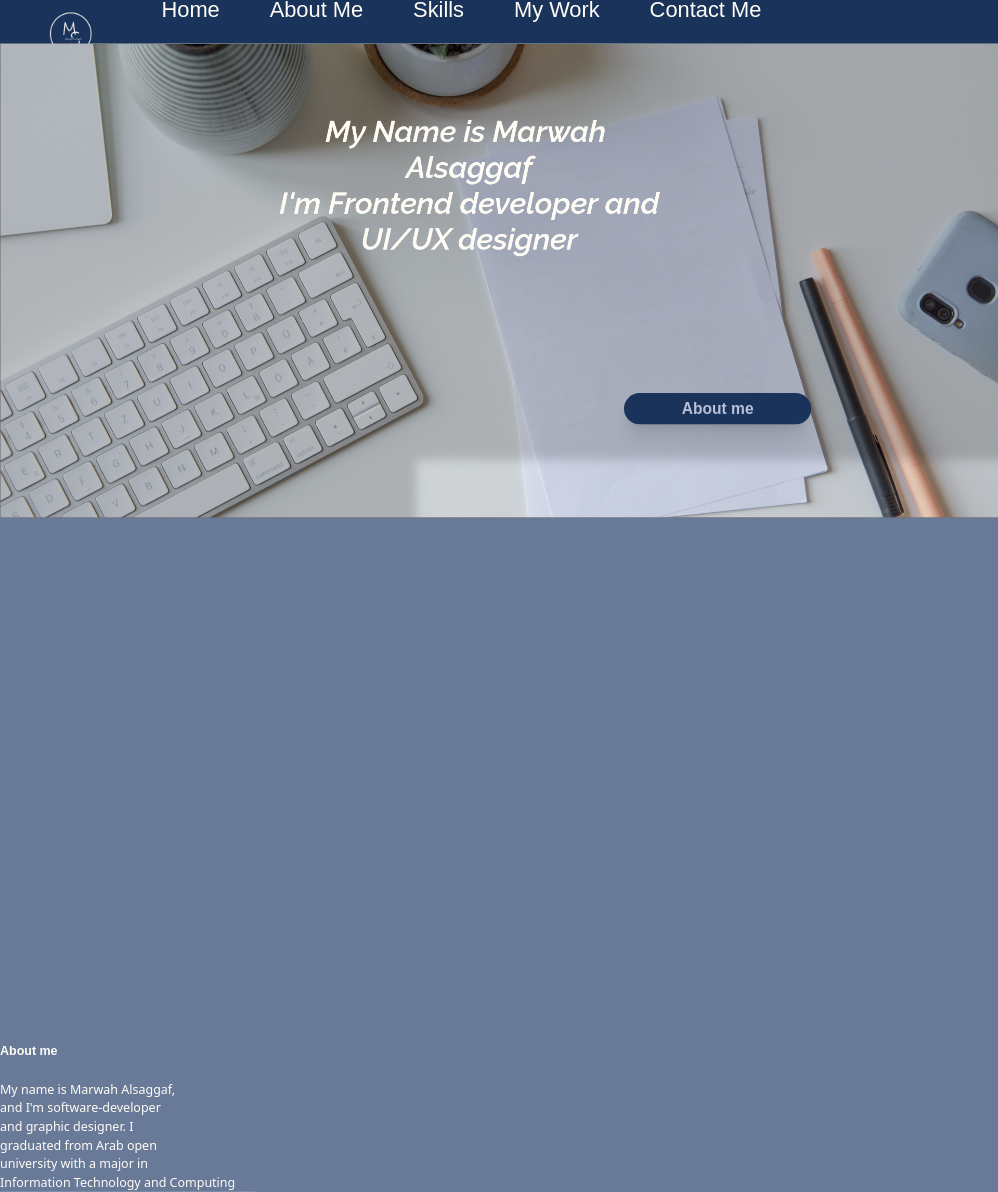
Repository: MEROO1010/my_portfolio
Page: /
An editor plug-in stored every save of this project. The page is shown before and after the next save, followed by the edit.
The browser window is 1280 px wide. The pictures show the whole page, at 78% of full size.
The project was rebuilt for these pictures with package versions that can differ from the ones it lists, and the page was loaded fresh each time. The framework's server and built-in components were replaced by stand-ins that run in the browser. Also part of the build but not shown: next.config.js.

Above is the page before, as saved 2023-03-10 02:18:11.

### pages/_app.tsx
import '../styles/globals.css'
import type { AppProps } from 'next/app'
import 'tailwindcss/tailwind.css'


function MyApp({ Component, pageProps }: AppProps) {
  return <Component {...pageProps} />
}

export default MyApp

### pages/index.tsx
import type { NextPage } from 'next'
import AboutMe from './components/AboutMe'
import HomePage from './components/HomePage'

const Home: NextPage = () => {
  return (
    <div>
      <HomePage/>
      <AboutMe/>
    </div>
  )
}

export default Home

### styles/globals.css
@tailwind base;
@tailwind components;
@tailwind utilities;
@import url('https://fonts.googleapis.com/css2?family=Raleway:ital,wght@0,400;0,500;0,600;0,700;1,500;1,600&display=swap')

### pages/components/AboutMe.tsx
import React from 'react'
import Image from 'next/image'


const AboutMe = () => {
  return (
    <div className="bg-[#697A98]  ">

        <div className=" relative px-80 py-80 my-80 mx-80 left-80 top-80">
        <Image src="/assets/images/laptop-screen.png" alt="laptop" width={542} height={542}/>
        </div>


        <div className="text-[#FFFCF6] ">
            <h1 className="font-raleway font-bold">About me</h1>
            <br/>
            <p>
            My name is Marwah Alsaggaf,<br/> and I'm software-developer <br/>
            and graphic designer. I <br/>
            graduated from Arab open <br/> university with a major in
             <br/> Information Technology and Computing
            </p>
        </div>

    </div>
  )
}

export default AboutMe

### pages/components/HomePage.tsx
import React from 'react'
import Image from 'next/image'


const HomePage = () => {
  return (
    <div className='bg-slate-700'>
        <Image src="/header.png" alt="Header" width={2000} height={0}/>

        <div className='mx-16 my-0 top-4  absolute	  '>
        <Image src="/my_logo_white.png" alt="My Logo" width={54} height={0}/>
        </div>

        <div>
          <ul className=' relative   float-right flex flex-col  px-8 mx-40 right-28   bottom-16   space-x-16 md:flex-row text-[#FFFCF6] text-[28px] font-raleway'>
            <li>Home</li>
            <li>About Me</li>
            <li>Skills</li>
            <li>My Work</li>
            <li>Contact Me</li>
          </ul>
        </div>


       <div className=' absolute   py-0'>
       <Image src="/assets/images/MainPage.png" alt="main image" width={1920} height={912}/>
        {/*add About Me button*/}
       <div className='absolute px-60 my-80 mx-60 left-80 top-32 '>
       <button className='bg-[#19335A] rounded-3xl w-60 h-10  text-[20px] text-[#B8BFD6] font-raleway font-semibold shadow-xl' >About me</button>
       </div>

        {/*add my others accounts list*/}

        <div>
          <ul className=' absolute   float-right flex flex-col top-80 py-60 px-80 mx-80 left-32   space-x-8 md:flex-row '>
            <li><a href='https://github.com/MEROO1010'><Image src="/assets/images/github.png" alt="main image" width={54} height={54}/></a></li>
            <li><a href='https://www.instagram.com/meroo_alsaggaf/'><Image src="/assets/images/instagram.png" alt="main image" width={64} height={53}/></a></li>
            <li><a href='https://www.behance.net/merooalsaggaf'><Image src="/assets/images/behance.png" alt="main image" width={54} height={54}/></a></li>
            <li><a href='https://www.linkedin.com/in/marwah-alsaggaf-ba44011b2/'><Image src="/assets/images/linkedIn.png" alt="main image" width={54} height={54}/></a></li>
          </ul>
        </div>
       </div>






    </div>
  )
}

export default HomePage

### tailwind.config.js
/** @type {import('tailwindcss').Config} */
module.exports = {
   purge: ['./pages/**/*.{js,ts,jsx,tsx}', './components/**/*.{js,ts,jsx,tsx}'],
  content: [
    './pages/**/*.{js,ts,jsx,tsx}',
    './components/**/*.{js,ts,jsx,tsx}',
    './app/**/*.{js,ts,jsx,tsx}',
  ],
  theme: {
    extend:
    {
      fontFamily: {
        'raleway': ['Raleway', 'sans-serif']
      },
    },
  },
  plugins: [],
}

After the next save:
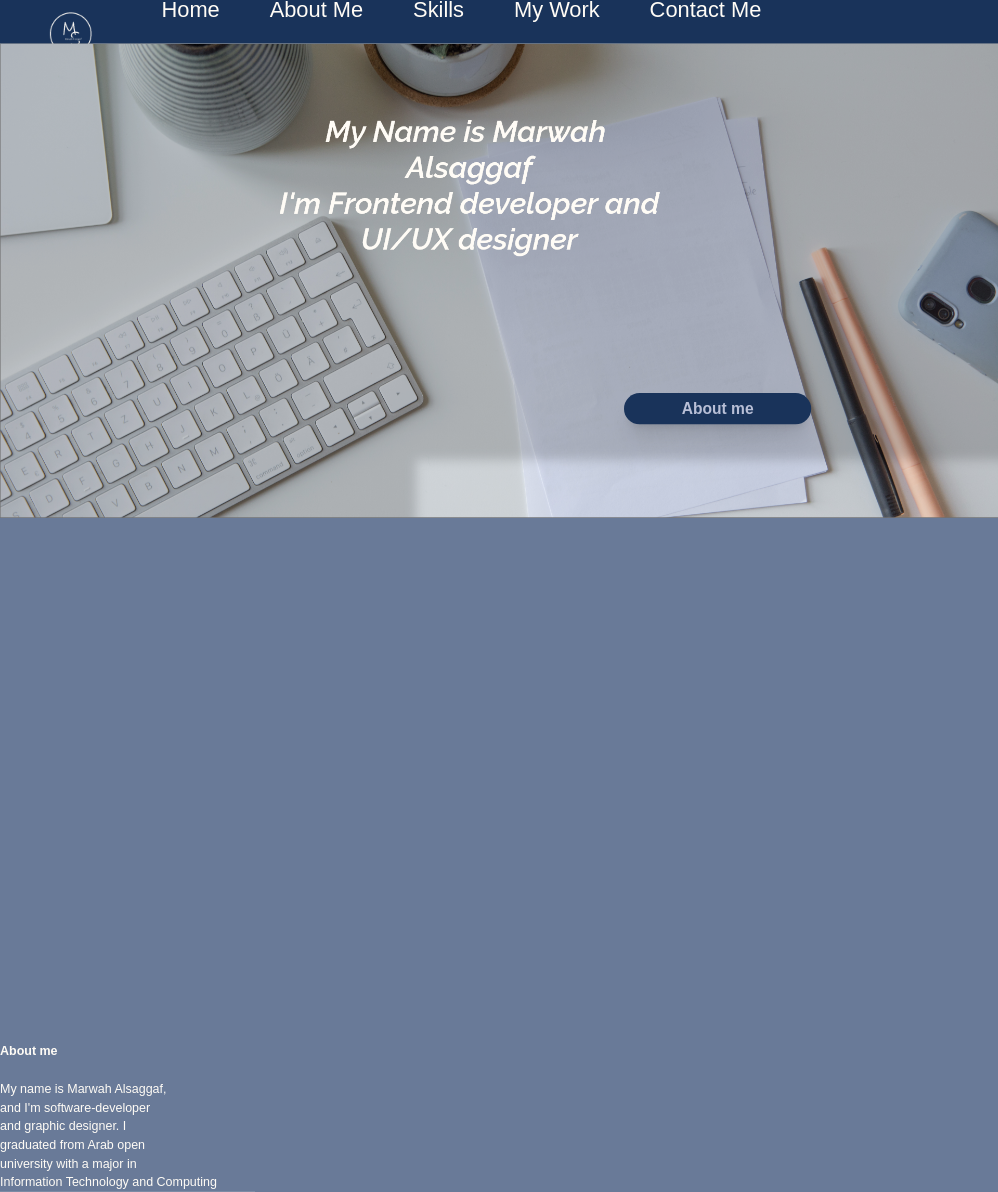
Saved 47 s later.
--- a/pages/components/AboutMe.tsx
+++ b/pages/components/AboutMe.tsx
@@ -14,7 +14,7 @@ const AboutMe = () => {
         <div className="text-[#FFFCF6] ">
             <h1 className="font-raleway font-bold">About me</h1>
             <br/>
-            <p>
+            <p className='font-raleway font-italic'>
             My name is Marwah Alsaggaf,<br/> and I'm software-developer <br/>
             and graphic designer. I <br/>
             graduated from Arab open <br/> university with a major in
